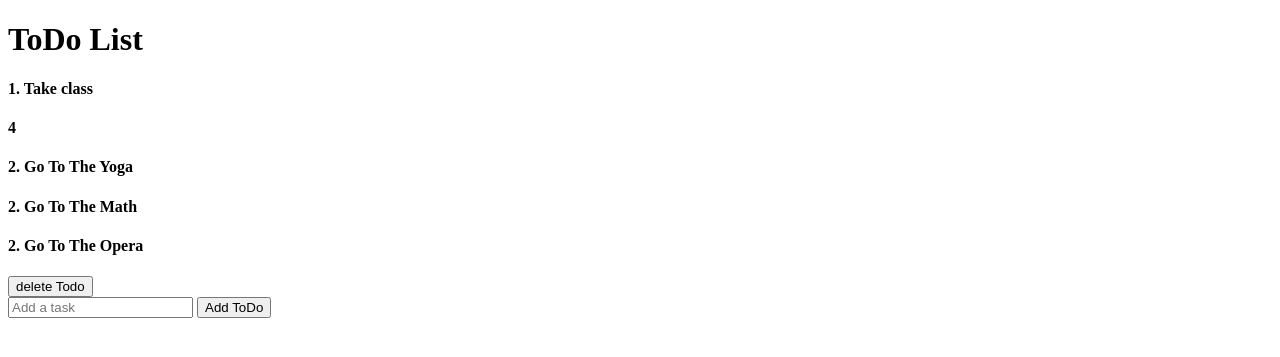
Repository: tanayburbure/Todo-application
Page: index.html
An editor plug-in stored every save of this project. The page is shown before and after the next save, followed by the edit.
The browser window is 1280 px wide. The pictures show the whole page.

Above is the page before, as saved 2025-10-20 22:27:10.

### index.html
<!DOCTYPE html>
<html lang="en">
<head>
    <meta charset="UTF-8">
    <meta name="viewport" content="width=device-width, initial-scale=1.0">
    <title>Document</title>
</head>
<body>
    <h1>ToDo List</h1>
    <h4>1. Take class</h4>
    <h4>2. Go To The Gym</h4>
    <h4>2. Go To The Yoga</h4>
    <h4>2. Go To The Math</h4>
    <h4>2. Go To The Opera</h4>
    <button onclick="deleterandometodo()" >delete Todo</button>
    <div>
        <input id="todo-input" type="text" placeholder="Add a task"/>
        <button onclick="addTodo()">Add ToDo</button>
    </div>
    <!-- <script>
        function addTodo(){
            const inputElement = document.querySelector("input")
            const value = inputElement.value;
            console.log(value)
        }
    </script> -->
    <script src="script.js"></script>
</body>
</html>

### script.js
let ctr = 0;
function callback(){
    // document.querySelectorAll("h4")[1].innerHTML = ctr;
    const el = document.querySelectorAll("h4")[1];
    el.innerHTML = ctr;
    ctr = ctr + 1;
}
setInterval(callback,1000)

function deleterandomtodo(){
    const element = document.querySelector("h4")
}

After the next save:
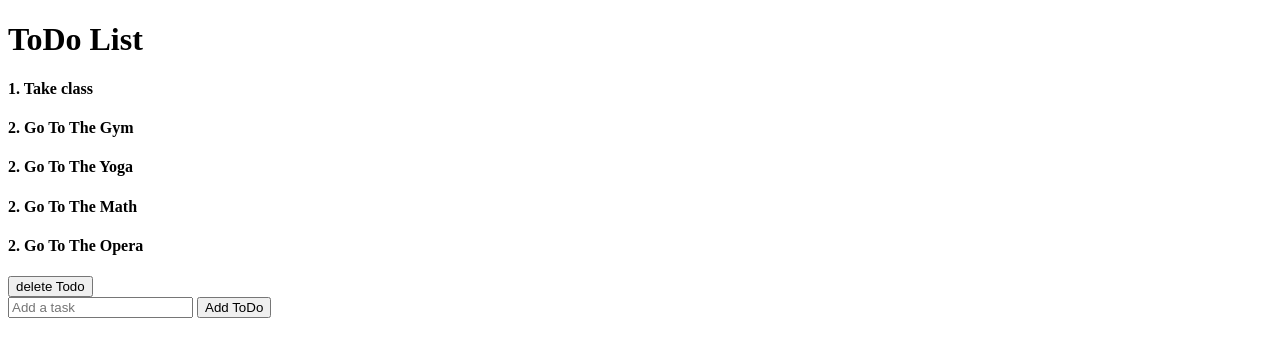
Console error: SyntaxError: Unexpected token '}'
Saved 79 s later.
--- a/script.js
+++ b/script.js
@@ -8,5 +8,6 @@
 setInterval(callback,1000)
 
 function deleterandomtodo(){
-    const element = document.querySelector("h4")
+    const element = document.querySelector("h4");
+    const parentelement = document.
 }

After the save that followed:
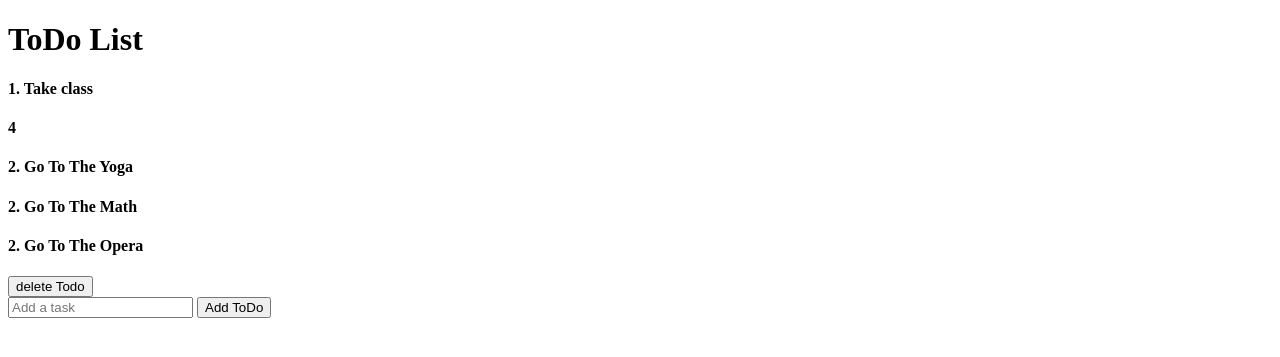
The error is gone.
Saved 19 s later.
--- a/script.js
+++ b/script.js
@@ -9,5 +9,5 @@
 
 function deleterandomtodo(){
     const element = document.querySelector("h4");
-    const parentelement = document.
+    const parentelement = element.parentElement;
 }
